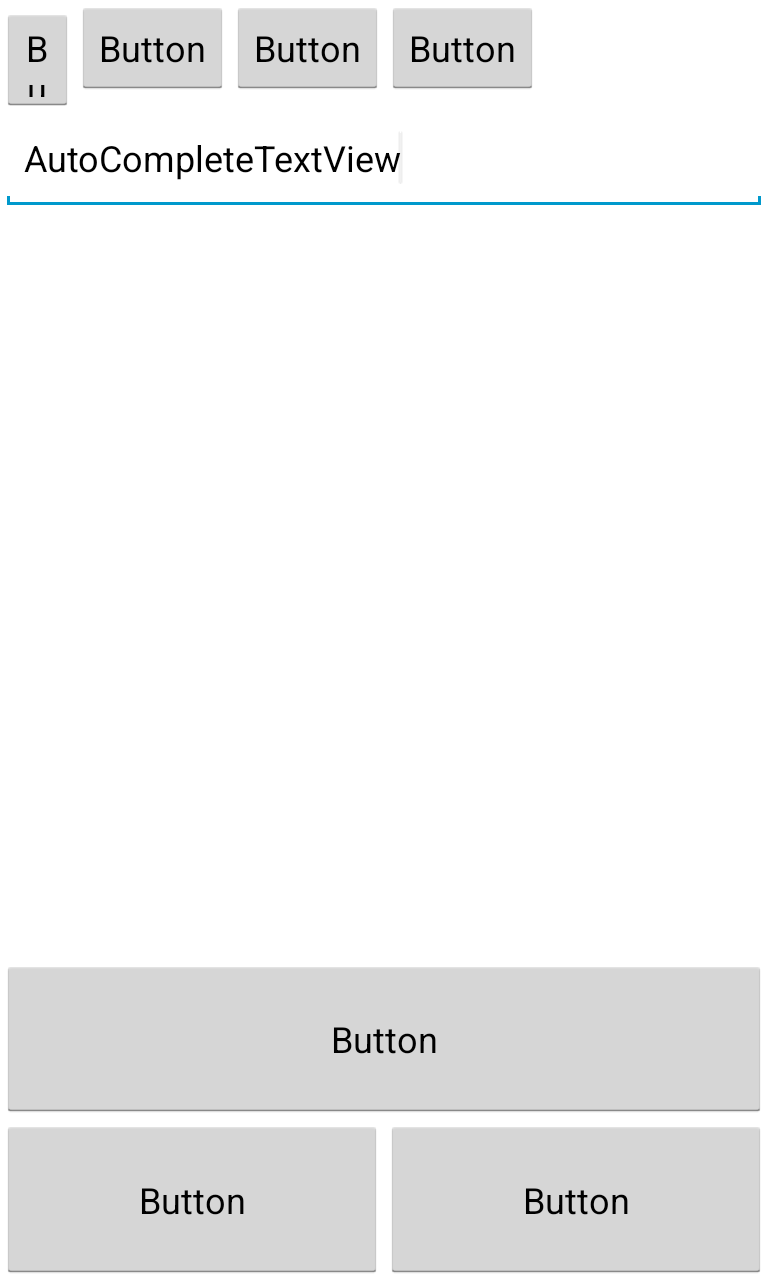
Repository: thinhnk55/android-appshare
Layout: ShareApp/res/layout/activity_main.xml
An editor plug-in stored every save of this project. The layout is shown before and after the next save, followed by the edit.
It is drawn on a 768 x 1280 px phone screen (xhdpi) without system bars, with theme AppTheme; the app's code is not run.

Above is the layout before, as saved 2014-07-01 16:30:57.

### ShareApp/res/layout/activity_main.xml
<RelativeLayout xmlns:android="http://schemas.android.com/apk/res/android"
    xmlns:tools="http://schemas.android.com/tools"
    android:layout_width="match_parent"
    android:layout_height="match_parent"
    tools:context=".MainActivity" >

    <LinearLayout
        android:layout_width="match_parent"
        android:layout_height="match_parent"
        android:layout_alignParentLeft="true"
        android:layout_alignParentTop="true"
        android:orientation="vertical"
        android:weightSum="120">

        <LinearLayout
            android:layout_width="match_parent"
            android:layout_weight="10"
            android:weightSum="40" >

            <Button
                android:id="@+id/button2"
                android:layout_height="wrap_content"
                android:layout_weight="10"
                android:text="Button" />

            <Button
                android:id="@+id/button3"
                android:layout_width="wrap_content"
                android:layout_height="wrap_content"
                android:text="Button" />

            <Button
                android:id="@+id/button4"
                android:layout_width="wrap_content"
                android:layout_height="wrap_content"
                android:text="Button" />

            <Button
                android:id="@+id/button5"
                android:layout_width="wrap_content"
                android:layout_height="wrap_content"
                android:text="Button" />

        </LinearLayout>

        <AutoCompleteTextView
            android:id="@+id/autoCompleteTextView1"
            android:layout_width="match_parent"
            android:ems="10"
            android:text="AutoCompleteTextView"
            android:layout_weight="10"  >

            <requestFocus />
        </AutoCompleteTextView>

        <HorizontalScrollView
            android:id="@+id/horizontalScrollView1"
            android:layout_width="wrap_content"
            android:layout_weight="20"  >

            <LinearLayout
                android:layout_width="match_parent"
                android:layout_height="match_parent"
                android:orientation="horizontal" >
            </LinearLayout>
        </HorizontalScrollView>

        <FrameLayout
            android:layout_width="match_parent"
            android:layout_weight="50" >
        </FrameLayout>

        <Button
            android:id="@+id/button1"
            android:layout_width="match_parent"
            android:layout_weight="15"
            android:text="Button" />

        <LinearLayout
            android:layout_width="match_parent"
            android:layout_weight="15"
            android:weightSum="20" >

            <Button
                android:id="@+id/button6"
                android:layout_height="match_parent"
                android:layout_weight="10"
                android:text="Button" />

            <Button
                android:id="@+id/button7"
                android:layout_height="match_parent"
                android:layout_weight="10"
                android:text="Button" />

        </LinearLayout>

    </LinearLayout>

</RelativeLayout>

Loaded but not shown: ShareApp/res/values/styles.xml (common file); ShareApp/res/values-v11/styles.xml (common file); ShareApp/res/values-v14/styles.xml (common file)

After the next save:
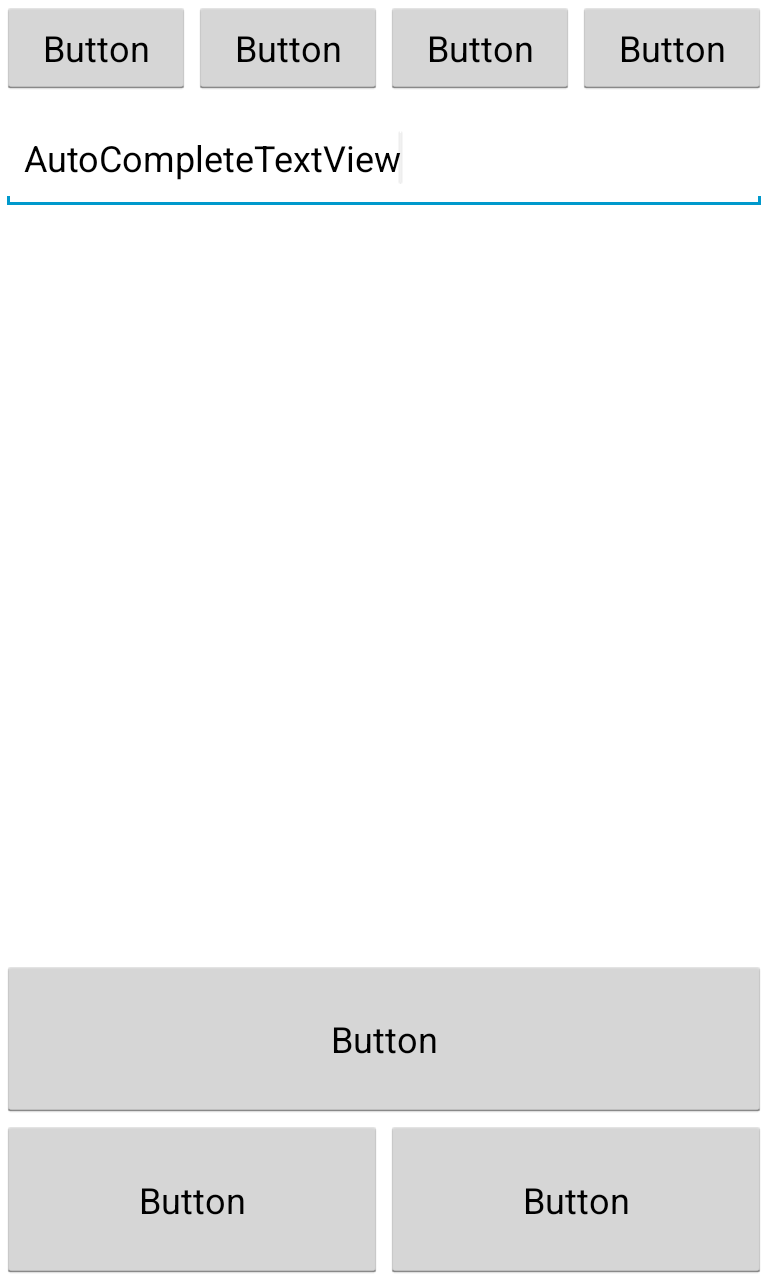
Saved 14 s later.
--- a/ShareApp/res/layout/activity_main.xml
+++ b/ShareApp/res/layout/activity_main.xml
@@ -25,20 +25,20 @@
 
             <Button
                 android:id="@+id/button3"
-                android:layout_width="wrap_content"
                 android:layout_height="wrap_content"
+                android:layout_weight="10"
                 android:text="Button" />
 
             <Button
                 android:id="@+id/button4"
-                android:layout_width="wrap_content"
                 android:layout_height="wrap_content"
+                android:layout_weight="10"
                 android:text="Button" />
 
             <Button
                 android:id="@+id/button5"
-                android:layout_width="wrap_content"
                 android:layout_height="wrap_content"
+                android:layout_weight="10"
                 android:text="Button" />
 
         </LinearLayout>
